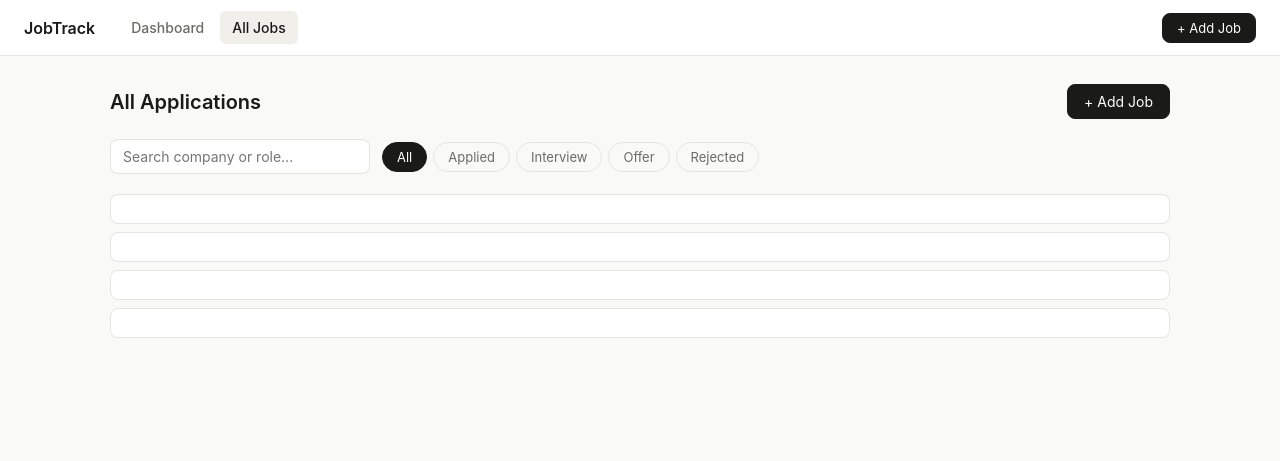
Repository: adtm0/jobtracker
Page: /jobs (app in frontend/)
An editor plug-in stored every save of this project. The page is shown before and after a run of saves, followed by the edit.
The browser window is 1280 px wide. The pictures show the whole page.
The project was rebuilt for these pictures with package versions that can differ from the ones it lists, and the page was loaded fresh each time. Also part of the build but not shown: frontend/vite.config.js, frontend/src/pages/Login.jsx, frontend/src/pages/Register.jsx, frontend/src/pages/Dashboard.jsx, frontend/src/pages/JobForm.jsx.

Above is the page before, as saved 2026-04-19 20:22:37.

### frontend/src/main.jsx
import { StrictMode } from "react";
import React from "react";
import ReactDOM from 'react-dom/client'
import { BrowserRouter } from 'react-router-dom'
import { createRoot } from "react-dom/client";
import "./index.css";
import App from "./App.jsx";

createRoot(document.getElementById("root")).render(
  <StrictMode>
    <BrowserRouter>
      <App />
    </BrowserRouter>
  </StrictMode>,
);

### frontend/src/index.css
*, *::before, *::after {
  box-sizing: border-box;
  margin: 0;
  padding: 0;
}

body {
  font-family: -apple-system, BlinkMacSystemFont, 'Segoe UI', sans-serif;
  background: #f9f9f8;
  color: #1a1a18;
  font-size: 14px;
  line-height: 1.5;
}

main {
  max-width: 1100px;
  margin: 0 auto;
  padding: 28px 20px;
}

input, select, textarea {
  width: 100%;
  padding: 8px 12px;
  border: 1px solid #e5e4df;
  border-radius: 8px;
  font-size: 14px;
  font-family: inherit;
  outline: none;
}

input:focus, select:focus, textarea:focus {
  border-color: #185FA5;
}

button {
  cursor: pointer;
  font-family: inherit;
  font-size: 14px;
  border-radius: 8px;
  border: 1px solid #e5e4df;
  background: #fff;
  padding: 8px 16px;
}

button:hover {
  background: #f9f9f8;
}

.btn-primary {
  background: #1a1a18;
  color: #fff;
  border-color: #1a1a18;
}

.btn-primary:hover {
  background: #333;
}

label {
  display: block;
  font-size: 12px;
  font-weight: 500;
  color: #6b6b67;
  margin-bottom: 5px;
}

### frontend/src/App.jsx
import {Routes, Route} from 'react-router-dom'
import Login from './pages/Login'
import Register from './pages/Register'
import Dashboard from './pages/Dashboard'
import Jobs from './pages/Jobs'
import JobForm from './pages/JobForm'
import Navbar from './components/Navbar'

function Layout({ children }) {
  return (
    <>
      <Navbar />
      <main>
        {children}
      </main>
    </>
  );
}

function App() {

  return (
    <Routes>
      <Route path='/login' element={<Login />} />
      <Route path='/register' element={<Register />} />
      <Route path='/dashboard' element={<Layout><Dashboard /></Layout>} />
      <Route path='/jobs' element={<Layout><Jobs /></Layout>} />
      <Route path='/jobs/new' element={<Layout><JobForm /></Layout>} />
    </Routes>
  )
}

export default App

### frontend/src/pages/Jobs.jsx
import { useState } from "react";
import { Link } from "react-router-dom";

const STATUSES = ["all", "applied", "interview", "offer", "rejected"];

const MOCK_JOBS = [
  {
    id: 1,
    company: "Stripe",
    role: "Frontend Engineer",
    status: "applied",
    date_applied: "2026-04-14",
    notes: "Referral from Jane",
  },
  {
    id: 2,
    company: "Notion",
    role: "Software Engineer",
    status: "interview",
    date_applied: "2026-04-08",
    notes: "Technical round next week",
  },
  {
    id: 3,
    company: "Anthropic",
    role: "Software Engineer",
    status: "offer",
    date_applied: "2026-03-30",
    notes: "Deadline Apr 25",
  },
  {
    id: 4,
    company: "Apple",
    role: "iOS Engineer",
    status: "rejected",
    date_applied: "2026-03-20",
    notes: "",
  },
];

const BADGE_COLORS = {
  applied: { bg: "#E6F1FB", color: "#185FA5" },
  interview: { bg: "#FAEEDA", color: "#854F0B" },
  offer: { bg: "#EAF3DE", color: "#3B6D11" },
  rejected: { bg: "#FCEBEB", color: "#A32D2D" },
};
export default function Jobs() {
  const [filter, setFilter] = useState("all");
  const [search, setSearch] = useState("");

  const filtered = MOCK_JOBS.filter(
    (j) => filter === "all" || j.status === filter,
  ).filter(
    (j) =>
      j.company.toLowerCase().includes(search.toLowerCase()) ||
      j.role.toLowerCase().includes(search.toLowerCase()),
  );

  return (
    <div>
      <div
        style={{
          display: "flex",
          justifyContent: "space-between",
          alignItems: "center",
          marginBottom: 20,
        }}
      >
        <h2 style={{ fontSize: 20, fontWeight: 600 }}>All Applications</h2>
        <Link to="/jobs/new" style={{ textDecoration: "none" }}>
          <button className="btn-primary">+ Add Job</button>
        </Link>
      </div>

      {/*search and filters */}
      <div
        style={{
          display: "flex",
          gap: 12,
          marginBottom: 20,
          alignItems: "center",
        }}
      >
        <input
          placeholder="Search company or role..."
          value={search}
          onChange={(e) => setSearch(e.target.value)}
          style={{ maxWidth: 260 }}
        />
        <div style={{ display: "flex", gap: 6 }}>
          {STATUSES.map((s) => (
            <button
              key={s}
              onClick={() => setFilter(s)}
              style={{
                padding: "6px 14px",
                borderRadius: 20,
                fontSize: 13,
                border: "1px solid",
                borderColor: filter === s ? "#1a1a18" : "#e5e4df",
                background: filter === s ? "#1a1a18" : "transparent",
                color: filter === s ? "#fff" : "#6b6b67",
              }}
            >
              {s.charAt(0).toUpperCase() + s.slice(1)}
            </button>
          ))}
        </div>
      </div>

      {/* job list */}
      {filtered.length === 0 ? (
        <div
          style={{
            textAlign: "center",
            padding: "60px 20px",
            color: "#9d9d99",
          }}
        >
          <p style={{ fontSize: 16, marginBottom: 6 }}>No applications found</p>
          <p>Try adjusting your filters</p>
        </div>
      ) : (
        <div style={{display: 'flex', flexDirection: 'column',gap: 8}}>
          {filtered.map(job => (
            <div
              key={job.id}
              style={{
                background: '#fff',
                border: '1px solid #e5e4df',
                borderRadius: 8,
                padding: '14px 16px',
                display: 'flex',
                alignItems: 'center',
                gap: 12,
                cursor: 'pointer',
              }}
            >
              <div style={{flex: 1}}>
                <div style={{fontWeight: 500}}></div>

              </div>
            </div>
          ))}
        </div>
      )}
    </div>
  );
}

### frontend/src/components/Navbar.jsx
import { NavLink } from "react-router-dom";

export default function Navbar() {
  return (
    <nav
      style={{
        background: "#fff",
        borderBottom: "1px solid #e5e4df",
        padding: "0 24px",
        height: 56,
        display: "flex",
        alignItems: "center",
        justifyContent: "space-between",
        position: "sticky",
        top: 0,
        zIndex: 100,
      }}
    >
      <div style={{ display: "flex", alignItems: "center", gap: 4 }}>
        <span style={{ fontWeight: 600, fontSize: 16, marginRight: 20 }}>
          JobTrack
        </span>
        <NavLink to="/dashboard" style={linkStyle}>
          Dashboard
        </NavLink>
        <NavLink to="/jobs" style={linkStyle}>
          All Jobs
        </NavLink>
      </div>
      <NavLink to="/jobs/new" style={{ textDecoration: "none" }}>
        <button
          className="btn-primary"
          style={{ fontSize: 13, padding: "6px 14px" }}
        >
          + Add Job
        </button>
      </NavLink>
    </nav>
  );
}

const linkStyle = ({ isActive }) => ({
  textDecoration: "none",
  fontSize: 14,
  fontWeight: 500,
  padding: '6px 12px',
  borderRadius: 6,
  color: isActive ? '#1a1a18' : '#6b6b67',
  background: isActive ? '#f0efea' : 'transparent'
});

After the next 2 saves:
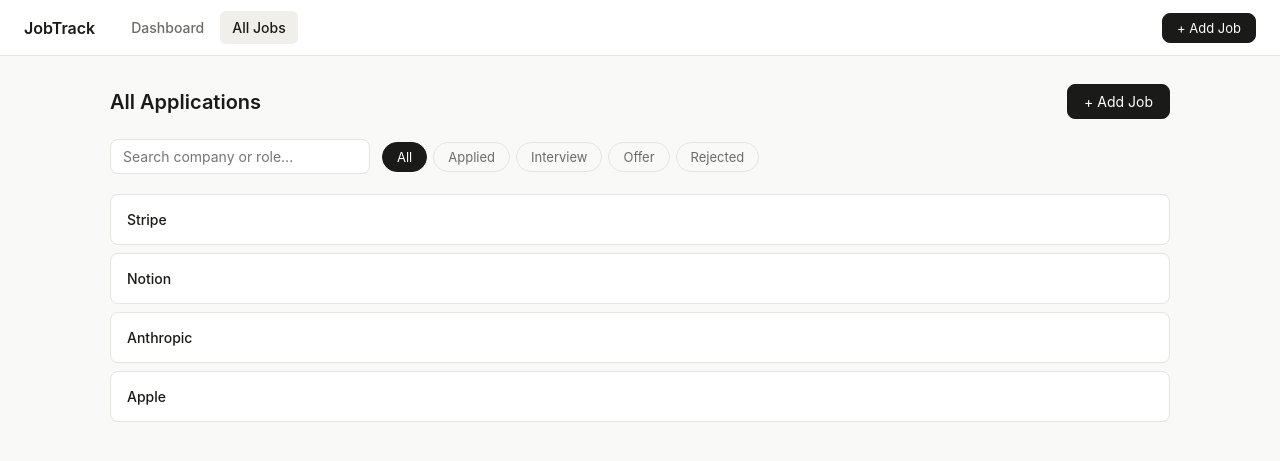
The 2 saves are shown as one change because they came seconds apart.
The last was saved 11 s later.
--- a/frontend/src/pages/Jobs.jsx
+++ b/frontend/src/pages/Jobs.jsx
@@ -137,7 +137,7 @@
               }}
             >
               <div style={{flex: 1}}>
-                <div style={{fontWeight: 500}}></div>
+                <div style={{fontWeight: 500}}>{job.company}</div>
 
               </div>
             </div>
